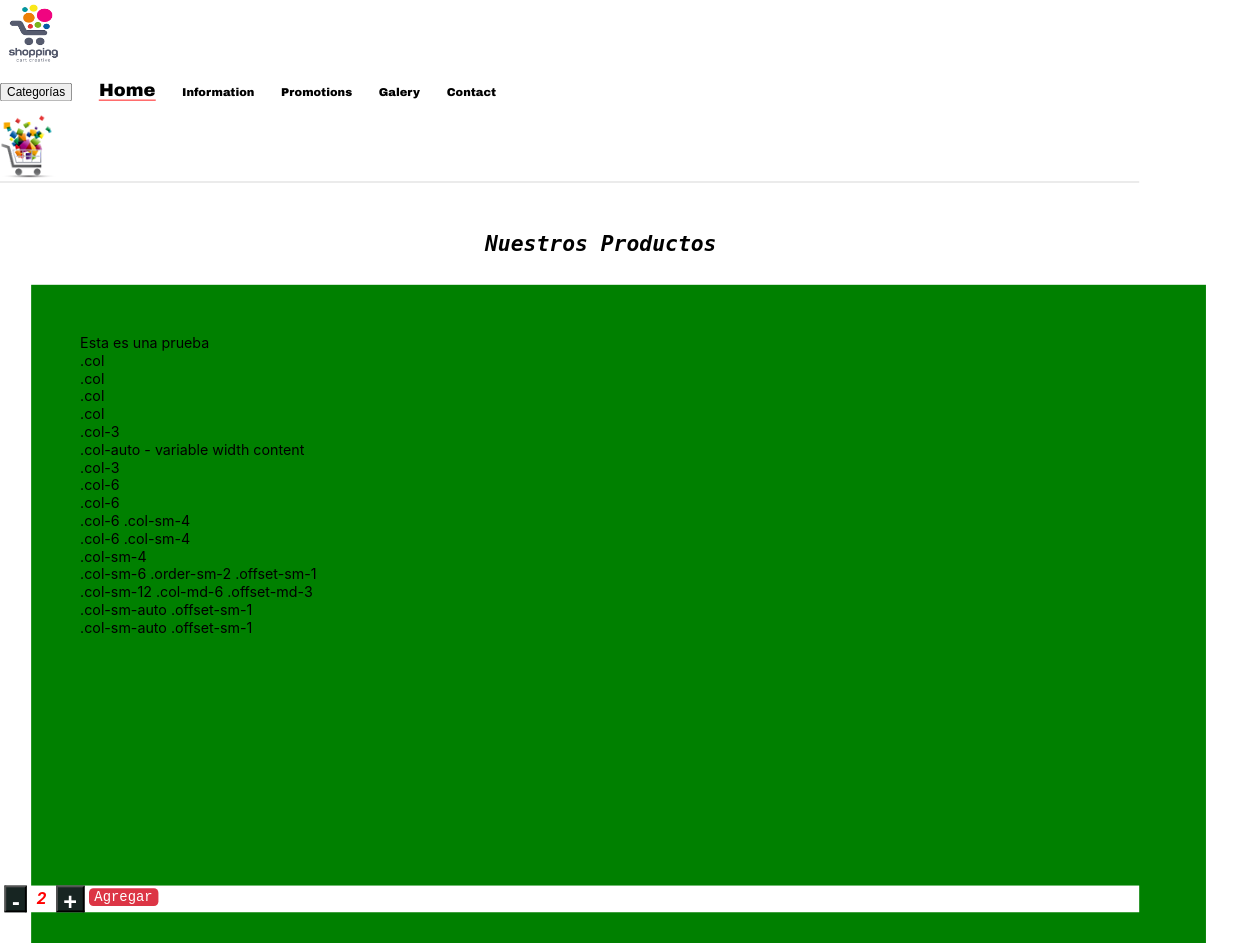
Repository: gustavomanuelquintana/CoderRepository
Page: / (app in cards-commers/)
An editor plug-in stored every save of this project. The page is shown before and after the next save, followed by the edit.
The browser window is 1280 px wide. The page is 1405 px wide, so the pictures cover 1405 px, including what lies to the right of the window. The pictures show the whole page, at 89% of full size.
The project was rebuilt for these pictures with package versions that can differ from the ones it lists, and the page was loaded fresh each time. Also part of the build but not shown: cards-commers/src/Components/ItemListContainer/Item/Item.css.

Above is the page before, as saved 2020-10-31 14:42:35.

### cards-commers/src/App.js
import React from "react";
import NavBar from "./Components/NavBar/NavBar";
import ItemListContainer from "./Components/ItemListContainer/ItemListContainer";
import ItemCount from "./Components/ItemCount/ItemCount";

function App() {
  let stock= 14;
  const handleAdd = (counter) => {
    return ({stock}) => {
      if (stock <=0){
        alert('No hay stock')
      }else {
        alert(`Se van agregar ${counter} articulos`)
      }
    }
  }

  return (
    <div className="App">
        <NavBar />
        <ItemListContainer titulo='Nuestros Productos'/>
        <ItemCount onAdd={handleAdd}  stock={stock} initial={2} />
    </div>
  );
}

export default App;

### cards-commers/src/Components/NavBar/NavBar.js
import React from "react";
import ImageNavBar from "../../Images/cards-logo.png";
import CartWidget from "../CartWidget/CartWidget";
import Dropdown from "react-bootstrap/Dropdown";
import "./NavBar.css";

const styleFont = {
  fontSize: 20,
  borderBottom: "1px solid red",
};

function NavBar() {
  return (
    <div className=" col-12">
      <div className="header-navBar col-12">
        <div className="row col-12">
          <div className="Logo-navBar col-1">
            <a href="index.html">
            <img src={ImageNavBar} alt="logo" width="75" height="70" />
            </a>
          </div>
          <div className="Links-navBar col-10 mt-3">
            <ul className="List-navBar">
              <li>
                <Dropdown>
                  <Dropdown.Toggle  variant="danger" id="dropdown-basic">
                    Categorías
                  </Dropdown.Toggle>

                  <Dropdown.Menu>
                    <Dropdown.Item   href="#/action-1">
                      Deportes / Fitness
                    </Dropdown.Item>
                    <Dropdown.Item href="#/action-2">
                      Hogar / Electrodomésticos
                    </Dropdown.Item>
                    <Dropdown.Item href="#/action-3">Vehículos</Dropdown.Item>
                  </Dropdown.Menu>
                </Dropdown>
              </li>
              <li>
                <a style={styleFont} href="#">
                  Home
                </a>
              </li>
              <li>
                <a href="#">Information</a>
              </li>
              <li>
                <a href="#">Promotions </a>
              </li>
              <li>
                <a href="#">Galery</a>
              </li>
              <li>
                <a href="#">Contact</a>
              </li>
            </ul>
          </div>
          <div className="carrito-navBar col-1">
            <CartWidget />
          </div>
        </div>
      </div>
    </div>
  );
}

export default NavBar;

### cards-commers/src/Components/ItemListContainer/ItemListContainer.js
import React, {useState, useEffect} from 'react';
import './ItemListContainer.css';
import ItemList from './ItemList/ItemList';

const getList = () => {
    return new Promise( (res) => {
        let products;
        res(
            products = ["nike", "Airmax", "Running fast"]
        )
    });
}


function ItemListContainer({titulo}){
    const [itemList, setItemList] = useState([]);

    // Use effect
    useEffect( () => {
        getList().then( mercaderia => {
           setItemList(mercaderia);
        });
    },[]); // End useEffect

    return (
        <div className="container">
            <h2>{titulo}</h2>
        <ItemList items={itemList} />
        </div>
    );
}



export default ItemListContainer;

### cards-commers/src/Components/ItemCount/ItemCount.js
import React, {useState} from 'react';
import ButtonsCount from './ButtonsCount/ButtonsCount';
import ViewCount from './ViewCount/ViewCount';
import AgregarCount from './AgregarCount/AgregarCount';


    const styleContain={
        backgroundColor:"white",
        display:"flex",
    }
    const styleBox = {
        color:"red",
        fontWeight:"bold",
        fontSize:"1.1em",
        lineHeight:"18px",
        display:"flex",
        justifyContent:"center",
        width:"100px",
        height:"30px",
    }
    const boxAdd ={
        fontWeight: "bold",
        fontSize: "1em",
        color: "red",
    }
    export default function ItemCount({onAdd,stock,initial}) {
        let [counter, counterState] = useState(initial);

    const onClickButton = (amount) => {
        return () => {
            let total = (amount < 0) ? 0 : amount;
            let limiter = (total > stock) ? stock: total;
            counterState(limiter);

        }
    }

    let props = {counter, counterState}

    return (
        <div className="section-car" style={styleContain}>
        <div className="box-count" style={styleBox}>
            <ButtonsCount suma={false} onClick={onClickButton} {...props} />
             <ViewCount value={counter}/>
             <ButtonsCount suma={true} onClick={onClickButton}  {...props}/>
        </div>

        <div  className="box-add" style={boxAdd}> <AgregarCount onAdd= {onAdd} {...{counter}}/> </div>
        </div>
        );
}

### cards-commers/src/Components/CartWidget/CartWidget.js
import React from 'react';
import ImageCarrito from "../../Images/carrito-img.png";

function CartWidget(){
    return (
        <a href="#">
         <img src={ImageCarrito}/>
        </a>
    )
}

export default CartWidget;

### cards-commers/src/Components/NavBar/NavBar.css
img {
  max-width: 100%;
}
.header-navBar {
  background-color: white;
  display: flex;
  width: 100%;
  border-bottom: 1px solid lightgrey;
}

.Logo-navBar img {
  max-height: 8em;
  max-width: 8em;
}
.Links-navBar ul li {
  display: inline-block;
  margin-right: 35px;
  margin: 0 70px 0 -40px;
}
.Links-navBar ul li a {
  color: black;
  font-family: Arial Black;
  font-size: 0.8em;
  font-weight: bold;
  text-decoration: none;
}

### cards-commers/src/Components/ItemListContainer/ItemListContainer.css
.container{
    width:100%;
    max-height:100vh;
    margin: 0.25 auto;
    padding: 35px;
}
.container h2{
    text-align:center;
    font-family: "monospace";
    font-weight:bold;
    font-style: italic;
}

### cards-commers/src/Components/ItemListContainer/ItemList/ItemList.js
import React, {useState, useEffect} from 'react';
import './ItemList.css';
import Item from '../Item/Item';




function ItemList({items}){
return <div className="itemList">
        <Item listProducts={items}/>
     </div>
}


export default ItemList;

### cards-commers/src/Components/ItemCount/ButtonsCount/ButtonsCount.js
import React from "react";
const styleButton = {
    fontWeight: "bold",
    fontSize:"1.5em",
    background: "#172522",
    color: "white",
    margin:"0 auto",
    height:"100%",
}

export default function ButtonsCount({suma,onClick,counter,counterState}) {

    let signo = suma ? '+' : '-';

    let amount = suma ? (counter + 1) : (counter - 1);

  return ( <button onClick={onClick(amount)} style={styleButton}>{signo}</button> )
}

### cards-commers/src/Components/ItemCount/ViewCount/ViewCount.js
import React from 'react';

const countnumber = {
    margin:"0.35em auto",
    fontStyle:"italic",

}

export default function ViewCount({value}){

    return(
        <div style={countnumber} className="countNumber">{value}</div>
    )
}

### cards-commers/src/Components/ItemCount/AgregarCount/AgregarCount.js
import React from 'react';

const agregarcount = {
    borderRadius:"5px",
    border:"none",
    margin:"0.2em auto",
    background:"#dc3545",
    color:"white",
    fontFamily:"monospace",
    fontSize:"1.2em",
}
export default function AgregarCount({onAdd, counter}){

    const agregarCount = () =>{};

    return(
        <div>
            <button style={agregarcount} onClick={onAdd(counter)}>Agregar</button>
        </div>
    )
}

### cards-commers/src/Components/ItemListContainer/ItemList/ItemList.css
.itemList{
    width:100%;
    height:700px;
    background-color:green;
    padding:20px;
    margin:2em auto;
}

### cards-commers/src/Components/ItemListContainer/Item/Item.js
import React from 'react';
import Container from 'react-bootstrap/Container';
import Row from 'react-bootstrap/Row';
import Col from 'react-bootstrap/Col';
import './Item.css';


function Item({listProducts}){
    return <Container>
    <Row>
      <Col className="probandoEsto">Esta es una prueba</Col>
    </Row>
    <Row>
      <Col>.col</Col>
      <Col>.col</Col>
      <Col>.col</Col>
      <Col>.col</Col>
    </Row>
    <Row>
      <Col xs="3">.col-3</Col>
      <Col xs="auto">.col-auto - variable width content</Col>
      <Col xs="3">.col-3</Col>
    </Row>
    <Row>
      <Col xs="6">.col-6</Col>
      <Col xs="6">.col-6</Col>
    </Row>
    <Row>
      <Col xs="6" sm="4">.col-6 .col-sm-4</Col>
      <Col xs="6" sm="4">.col-6 .col-sm-4</Col>
      <Col sm="4">.col-sm-4</Col>
    </Row>
    <Row>
      <Col sm={{ size: 6, order: 2, offset: 1 }}>.col-sm-6 .order-sm-2 .offset-sm-1</Col>
    </Row>
    <Row>
      <Col sm="12" md={{ size: 6, offset: 3 }}>.col-sm-12 .col-md-6 .offset-md-3</Col>
    </Row>
    <Row>
      <Col sm={{ size: 'auto', offset: 1 }}>.col-sm-auto .offset-sm-1</Col>
      <Col sm={{ size: 'auto', offset: 1 }}>.col-sm-auto .offset-sm-1</Col>
    </Row>
  </Container>

}

export default Item;

Loaded but not shown: cards-commers/public/index.html (common file); cards-commers/src/index.js (common file); cards-commers/src/index.css (common file); cards-commers/src/serviceWorker.js (common file)

After the next save:
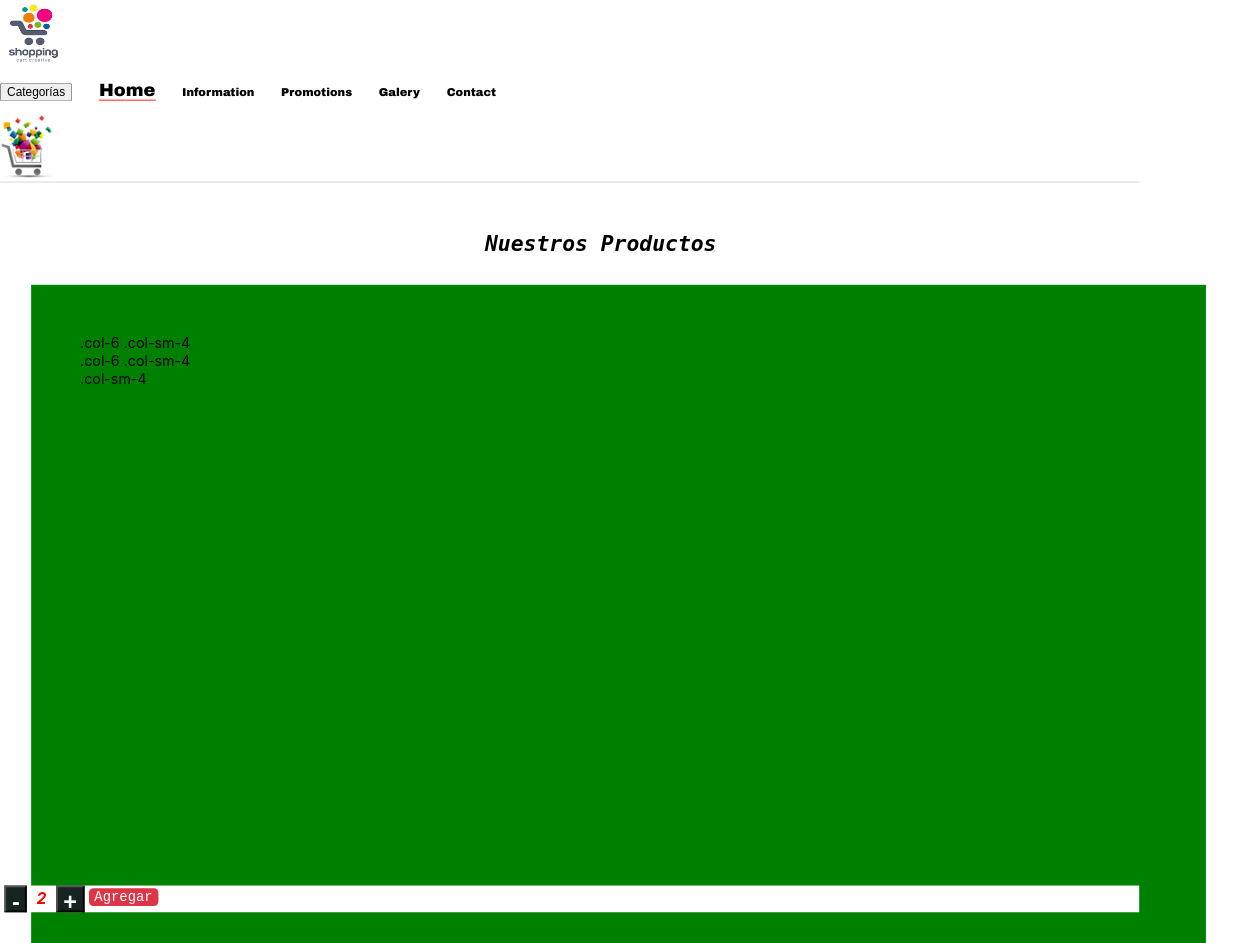
Saved 76 s later.
--- a/cards-commers/src/Components/ItemListContainer/Item/Item.js
+++ b/cards-commers/src/Components/ItemListContainer/Item/Item.js
@@ -8,37 +8,9 @@ import './Item.css';
 function Item({listProducts}){
     return <Container>
     <Row>
-      <Col className="probandoEsto">Esta es una prueba</Col>
-    </Row>
-    <Row>
-      <Col>.col</Col>
-      <Col>.col</Col>
-      <Col>.col</Col>
-      <Col>.col</Col>
-    </Row>
-    <Row>
-      <Col xs="3">.col-3</Col>
-      <Col xs="auto">.col-auto - variable width content</Col>
-      <Col xs="3">.col-3</Col>
-    </Row>
-    <Row>
-      <Col xs="6">.col-6</Col>
-      <Col xs="6">.col-6</Col>
-    </Row>
-    <Row>
       <Col xs="6" sm="4">.col-6 .col-sm-4</Col>
       <Col xs="6" sm="4">.col-6 .col-sm-4</Col>
       <Col sm="4">.col-sm-4</Col>
-    </Row>
-    <Row>
-      <Col sm={{ size: 6, order: 2, offset: 1 }}>.col-sm-6 .order-sm-2 .offset-sm-1</Col>
-    </Row>
-    <Row>
-      <Col sm="12" md={{ size: 6, offset: 3 }}>.col-sm-12 .col-md-6 .offset-md-3</Col>
-    </Row>
-    <Row>
-      <Col sm={{ size: 'auto', offset: 1 }}>.col-sm-auto .offset-sm-1</Col>
-      <Col sm={{ size: 'auto', offset: 1 }}>.col-sm-auto .offset-sm-1</Col>
     </Row>
   </Container>
 
